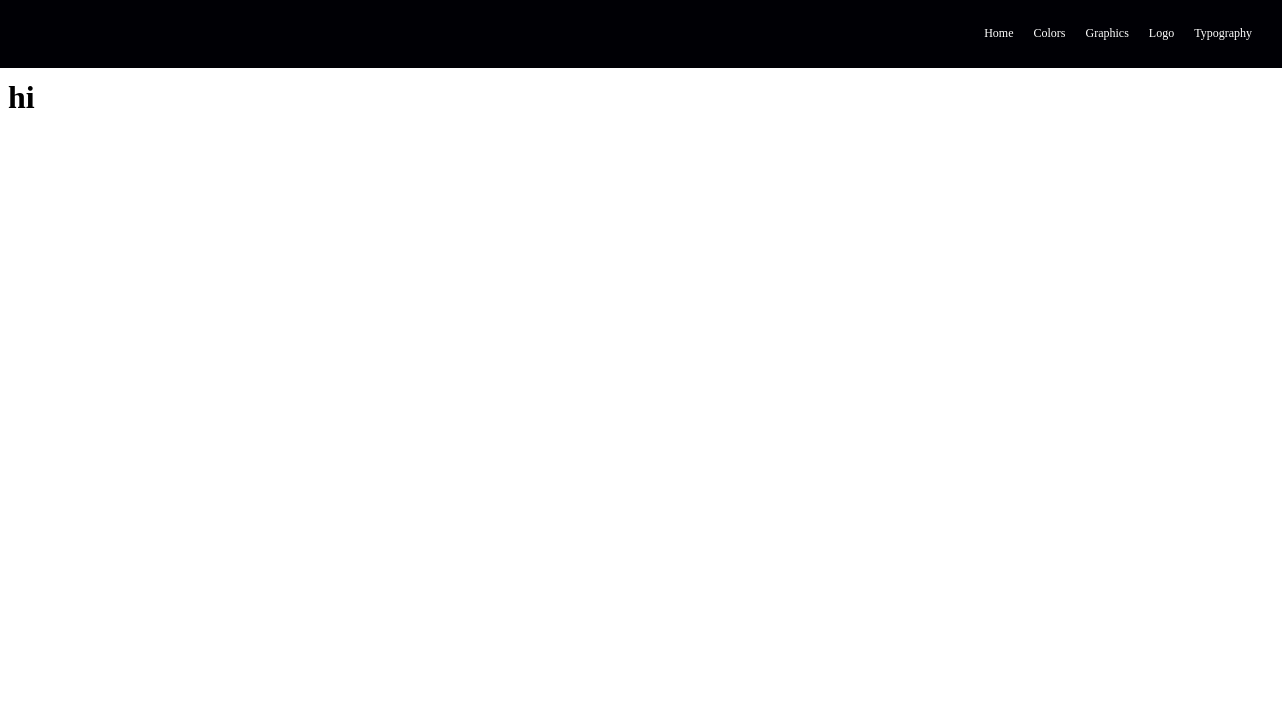
Repository: KyannaKrueger/a5styleguide
Page: /colors
An editor plug-in stored every save of this project. The page is shown before and after the next save, followed by the edit.
The browser window is 1280 px wide. The page is 1282 px wide, so the pictures cover 1282 px, including what lies to the right of the window. The pictures show the whole page.
The project was rebuilt for these pictures with package versions that can differ from the ones it lists, and the page was loaded fresh each time. The framework's server and built-in components were replaced by stand-ins that run in the browser. Also part of the build but not shown: next.config.mjs.

Above is the page before, as saved 2024-04-05 13:51:41.

### pages/colors.js
import styles from "@/styles/colors.module.css";
import Header from "@/components/Header";

export default function Colors() {
    return (
      <>
      <Header/>
        <main className={styles.colors}>
         <h1>hi</h1>
        </main>
      </>
    );
  }

### styles/colors.module.css
.colors {

}

### components/Header/index.js
import styles from './header.module.css';
import Link from 'next/link';

export default function Header() {
  return (
    <>
      <main className={styles.header}>
      <nav>
        <ul className={styles.navBar}>
            <li className={styles.navItem}><Link href="/" className={styles.headLink}>Home</Link></li>
            <li className={styles.navItem}><Link href="/colors" className={styles.headLink}>Colors</Link></li>
            <li className={styles.navItem}><Link href="/graphics" className={styles.headLink}>Graphics</Link></li>
            <li className={styles.navItem}><Link href="/logo" className={styles.headLink}>Logo</Link></li>
            <li className={styles.navItem}><Link href="/typography" className={styles.headLink}>Typography</Link></li>
        </ul>
    </nav>
      </main>
    </>
  );
}

### components/Header/header.module.css
.header {
        background-color: #000005;
        color:aliceblue;
        font-family: 'Lucida Sans', 'Lucida Sans Regular', 'Lucida Grande', 'Lucida Sans Unicode', Geneva, Verdana, sans-serif;
        font-size: 12px;
        height: 70px;
        display: flex;
        justify-content: flex-end;
        align-items: center;
        margin:-10px;
}

.navBar {
        list-style-type: none;
        display: flex;
        justify-content: center;
        margin: 20px;
}

.navItem {
        padding: 10px;
}

.headLink {
        color:#fff;
        text-decoration: none;
        font-family: SF pro;
}

.headLink:hover {
        color:#FF5C00;
        text-decoration: none;
}

Loaded but not shown: pages/_app.js (common file); pages/_document.js (common file); styles/globals.css (common file)

After the next save:
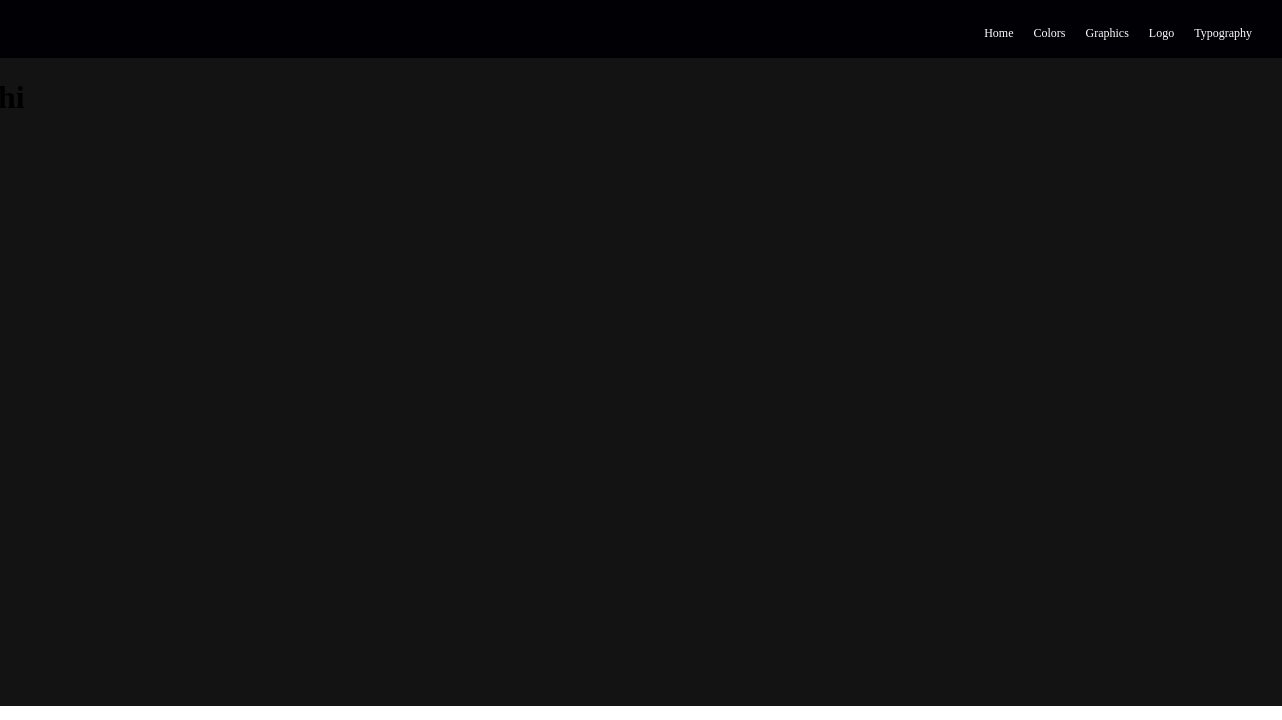
Saved 8 min 9 s later.
--- a/styles/colors.module.css
+++ b/styles/colors.module.css
@@ -1,3 +1,12 @@
 .colors {
-
-}
+    display: flex;
+    flex-direction: column;
+    align-items: left;
+    padding: 6rem;
+    min-height: 90vh;
+    background-color: #131313;
+    margin:-10px;
+    padding: 0px;
+    font-family: SF pro;
+    position: relative;
+  }
